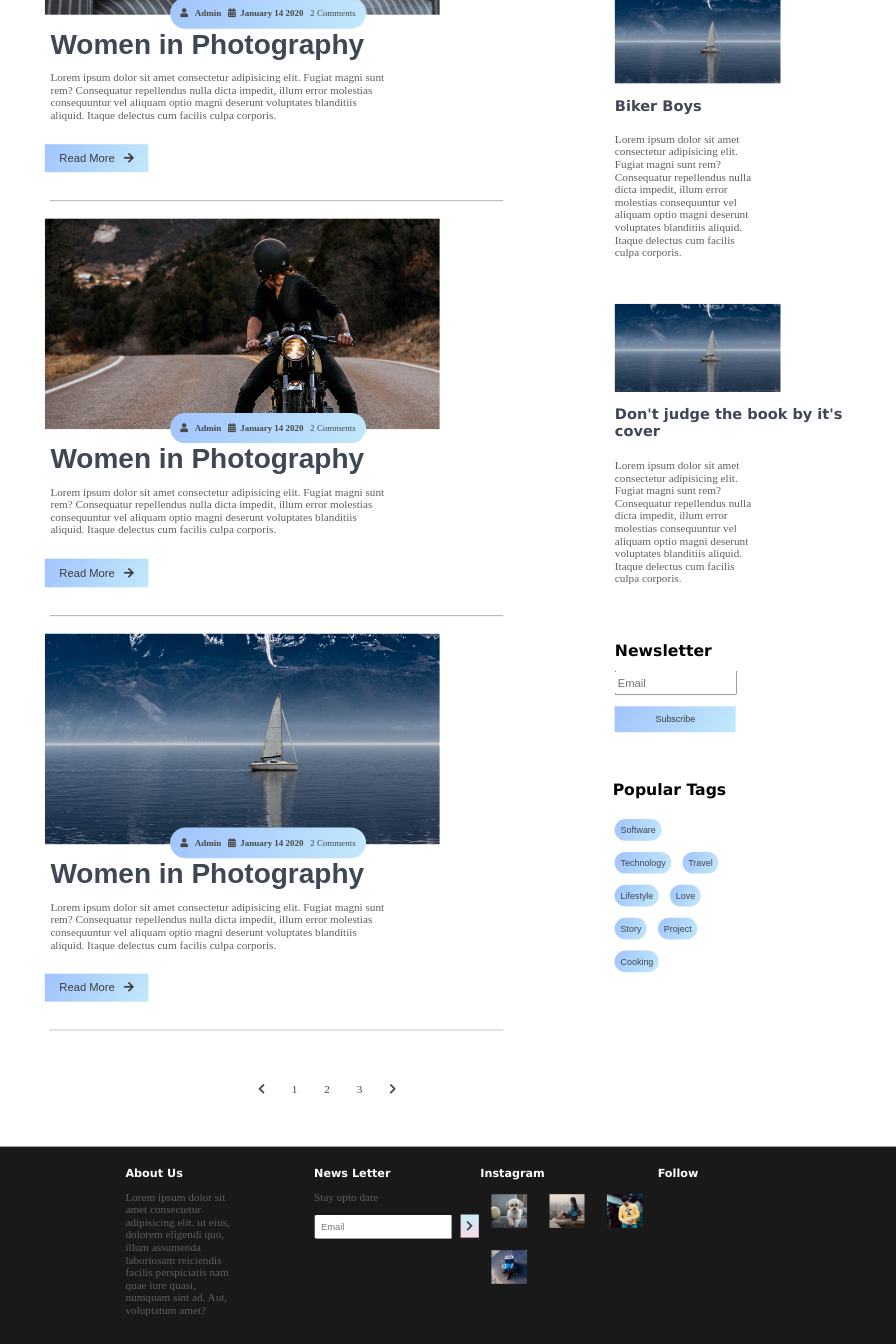
Repository: premjawaharp/Blogsite
Page: index.html
An editor plug-in stored every save of this project. The page is shown before and after the next save, followed by the edit.
The browser window is 1280 px wide. The pictures show the part of the page from y = 2170 to 4090 px (the page is 4090 px tall), at 70% of full size.

Above is the page before, as saved 2020-09-18 16:48:15.

After the next save:
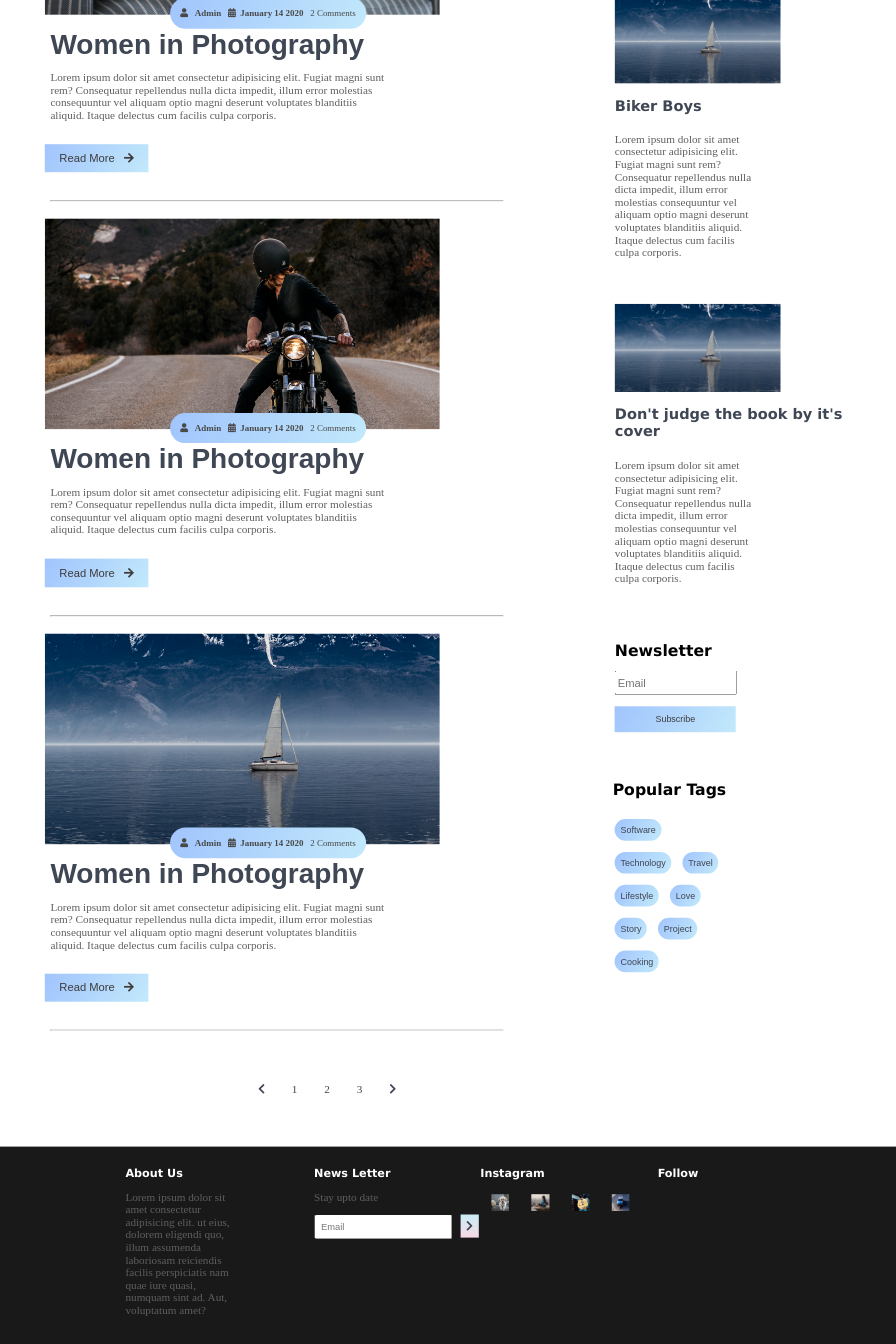
Saved 17 s later.
--- a/css/style.css
+++ b/css/style.css
@@ -501,7 +501,7 @@ main .news-letter .news-form .new-form-btn {
 .instagram .insta-images img{
     display: flex;
     flex-direction: row;
-    max-width: 20%;
+    max-width: 10%;
     margin: 1rem;
 
 }
